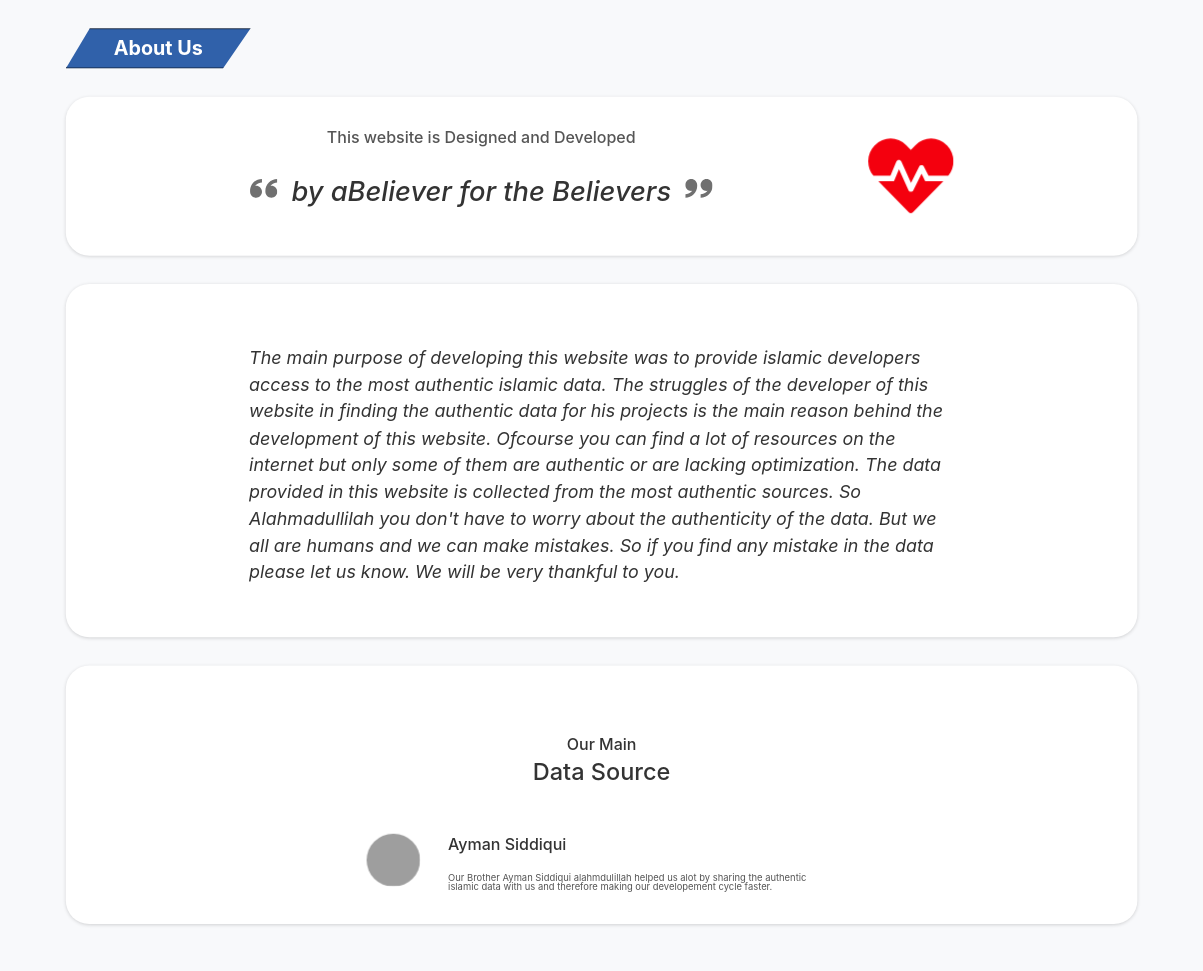
Repository: SpicierEwe/islamic-dev-repo
Page: /legal/about_us
An editor plug-in stored every save of this project. The page is shown before and after the next save, followed by the edit.
The browser window is 1280 px wide. The pictures show the whole page, at 94% of full size.
Pictures or frames that could not be fetched are drawn as grey boxes. The project was rebuilt for these pictures with package versions that can differ from the ones it lists, and the page was loaded fresh each time. The framework's server and built-in components were replaced by stand-ins that run in the browser. Also part of the build but not shown: next.config.js.

Above is the page before, as saved 2022-09-16 20:21:02.

After the next save:
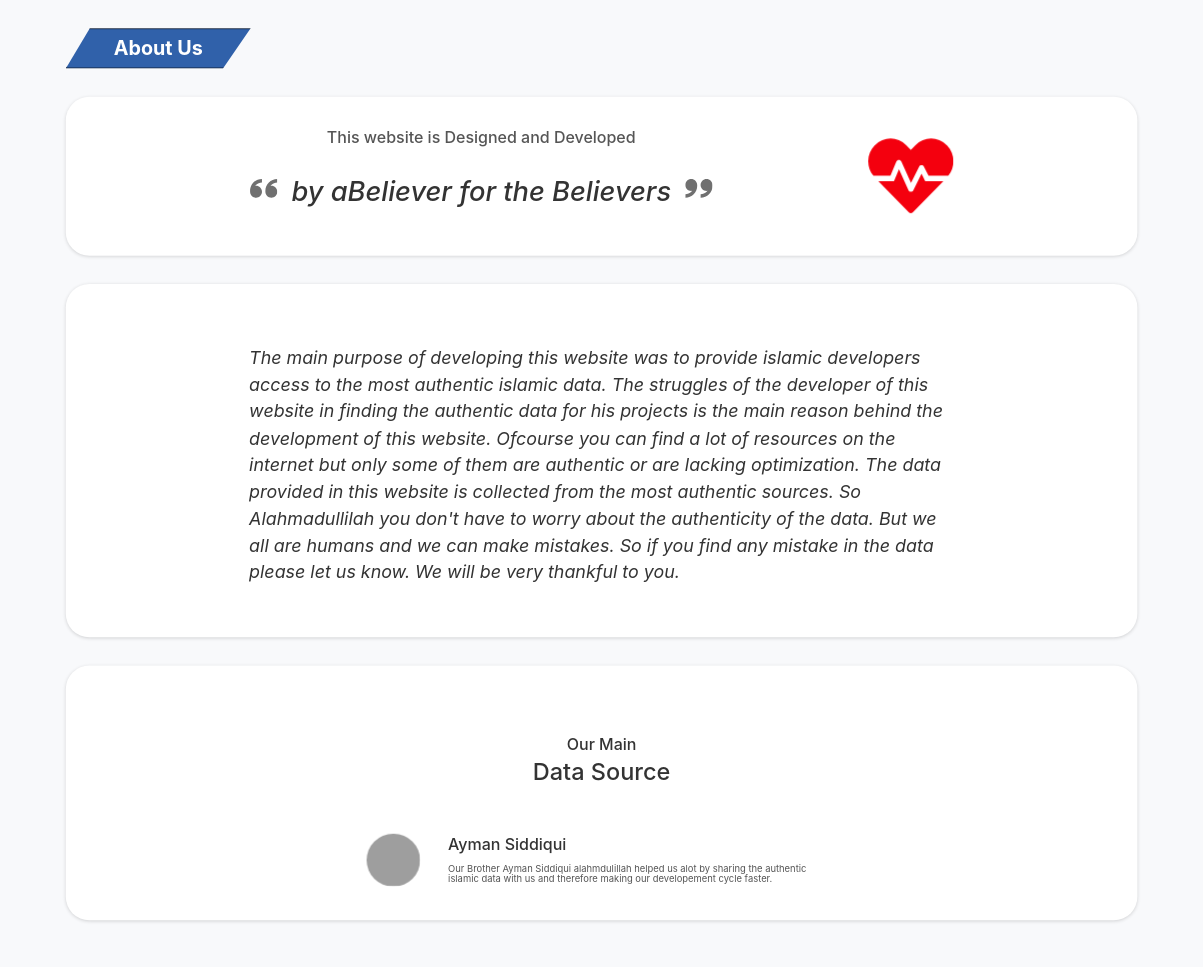
Saved 25 s later.
--- a/components/legal/about_us/about_us.module.css
+++ b/components/legal/about_us/about_us.module.css
@@ -125,7 +125,7 @@
   font-size: 1.7rem;
   line-height: 1.3;
   color: #333;
-  padding-bottom: 1.9rem;
+  padding-bottom: 1rem;
 }
 
 /* media query */
